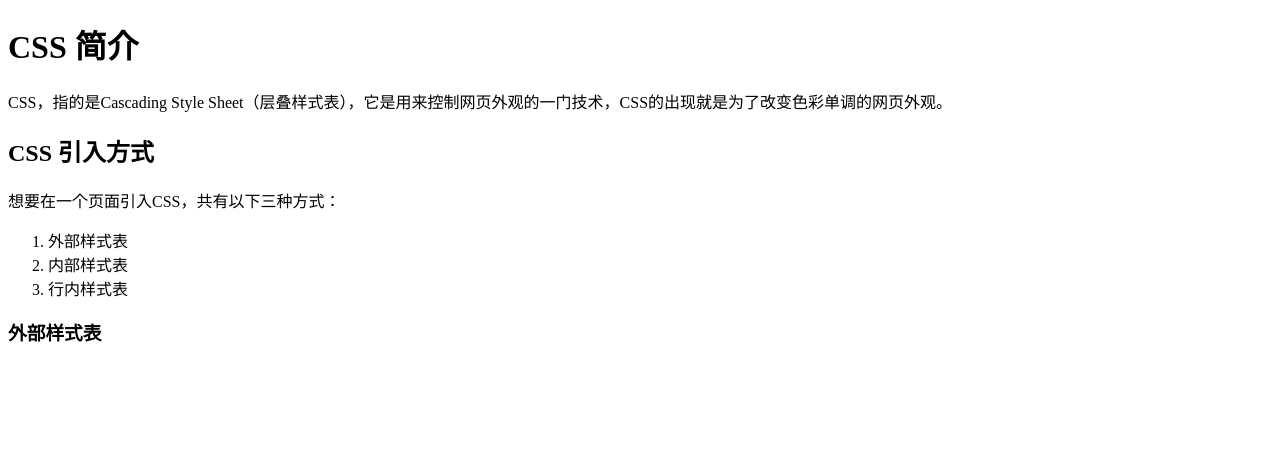
Repository: liang-n/front-end-basics
Page: 11-CSS简介.html
An editor plug-in stored every save of this project. The page is shown before and after the next save, followed by the edit.
The browser window is 1280 px wide. The pictures show the whole page.

Above is the page before, as saved 2022-05-15 20:36:32.

### 11-CSS简介.html
<!DOCTYPE html>

<head>
    <meta charset="UTF-8">
    <title>11-CSS简介</title>
</head>

<body>
    <h1>CSS 简介</h1>

    <p>CSS，指的是Cascading Style Sheet（层叠样式表），它是用来控制网页外观的一门技术，CSS的出现就是为了改变色彩单调的网页外观。</p>

    <h2>CSS 引入方式</h2>

    <p>想要在一个页面引入CSS，共有以下三种方式：</p>
    <ol>
        <li>外部样式表</li>
        <li>内部样式表</li>
        <li>行内样式表</li>
    </ol>

    <h3>外部样式表</h3>


</body>

</html>

After the next save:
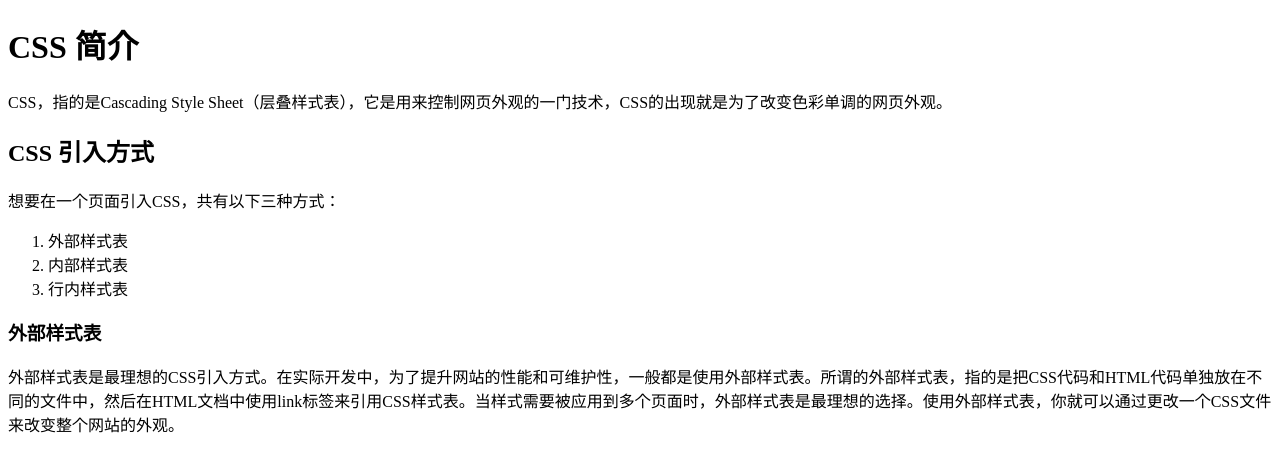
Saved 36 s later.
--- a/11-CSS简介.html
+++ b/11-CSS简介.html
@@ -21,7 +21,7 @@
 
     <h3>外部样式表</h3>
 
-
+    <p>外部样式表是最理想的CSS引入方式。在实际开发中，为了提升网站的性能和可维护性，一般都是使用外部样式表。所谓的外部样式表，指的是把CSS代码和HTML代码单独放在不同的文件中，然后在HTML文档中使用link标签来引用CSS样式表。当样式需要被应用到多个页面时，外部样式表是最理想的选择。使用外部样式表，你就可以通过更改一个CSS文件来改变整个网站的外观。</p>
 </body>
 
 </html>
